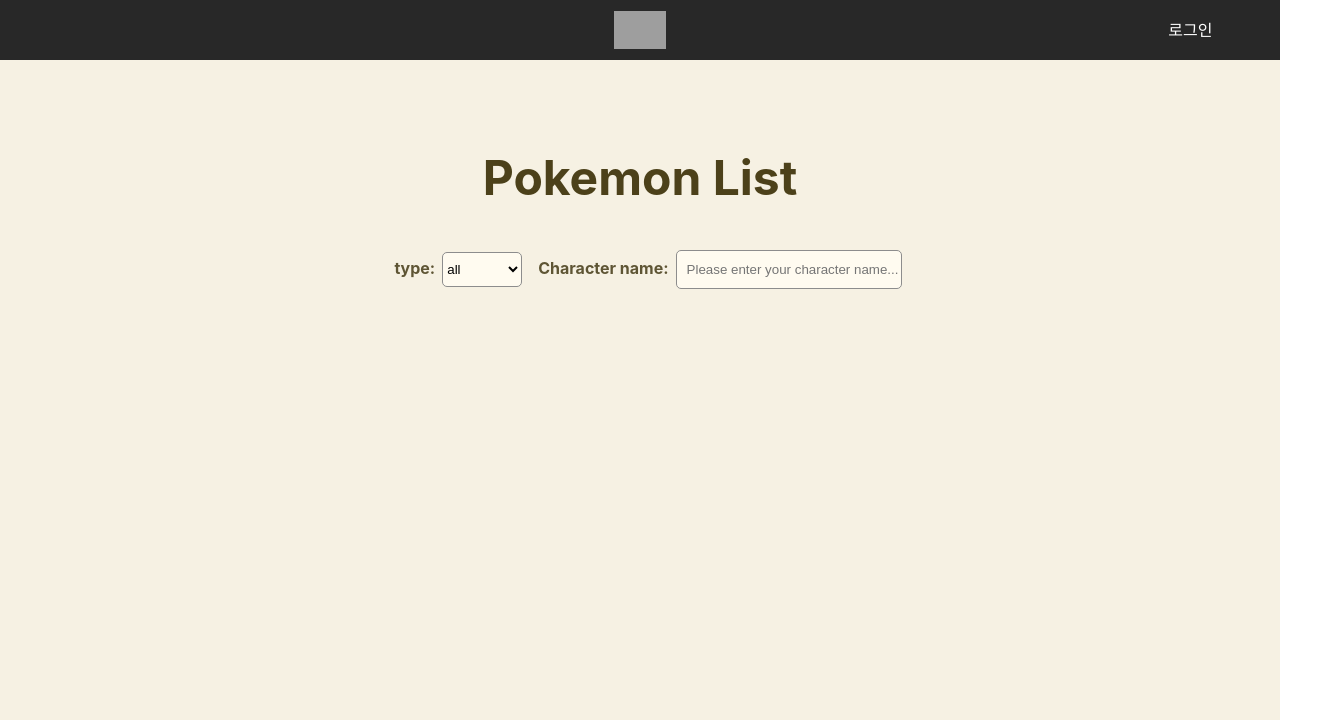
Repository: LeeYuNa0402/pokemon_vite
Page: /
An editor plug-in stored every save of this project. The page is shown before and after the next save, followed by the edit.
The browser window is 1280 px wide. The page is 1340 px wide, then 1280 px, then 1340 px, so the pictures cover 1340 px, including what lies to the right of the window. The pictures show the whole page.
Pictures or frames that could not be fetched are drawn as grey boxes. The page's requests for data from a server got no answer. The project was rebuilt for these pictures with package versions that can differ from the ones it lists, and the page was loaded fresh each time. No one was signed in, and anything a server would have sent is missing. Also part of the build but not shown: vite.config.ts, src/css/pokemon_type.css, src/PokemonDetail.tsx, src/Login.tsx, src/LoginInfo.tsx.

Above is the page before, as saved 2023-10-16 15:50:53.

After the next save:
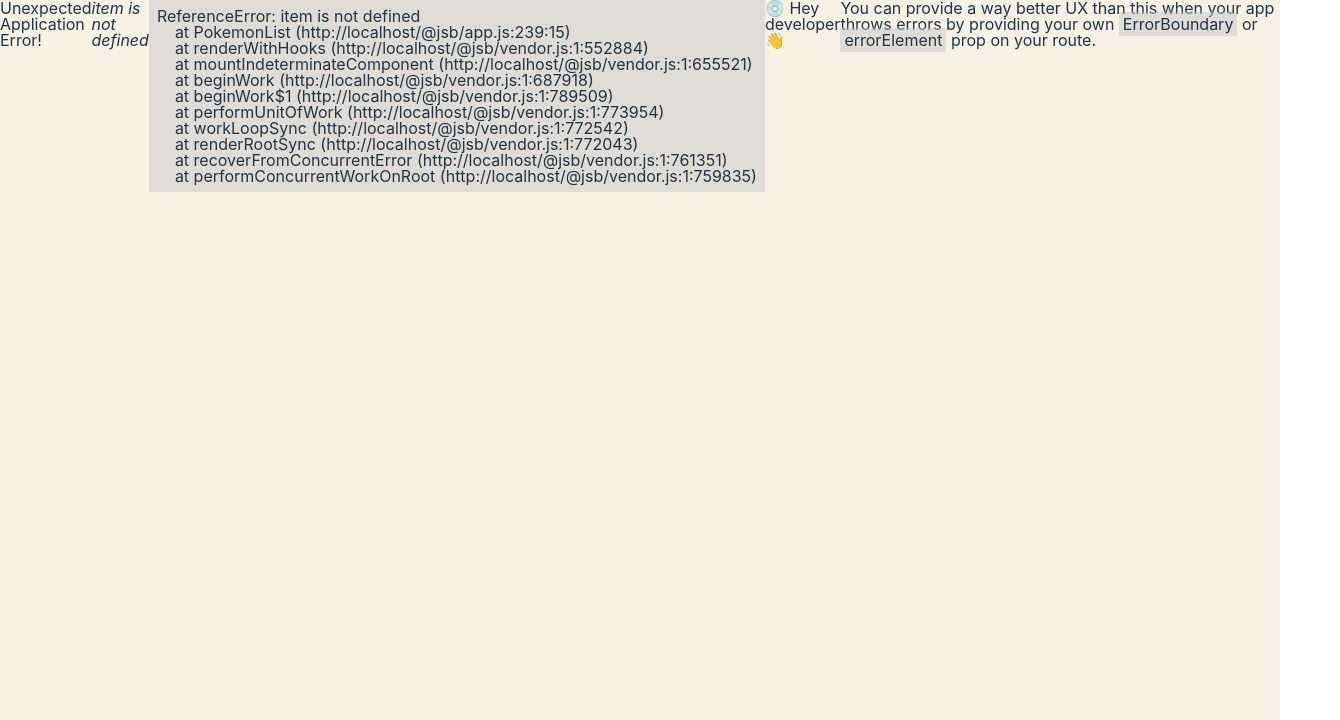
Console error: ReferenceError: item is not defined
Saved 106 s later.
--- a/src/PokemonList.tsx
+++ b/src/PokemonList.tsx
@@ -62,6 +62,8 @@
       }
     }
   });
+
+  console.log(item.ability);
 
   return (
     <div className="pokemon-list">

After the save that followed:
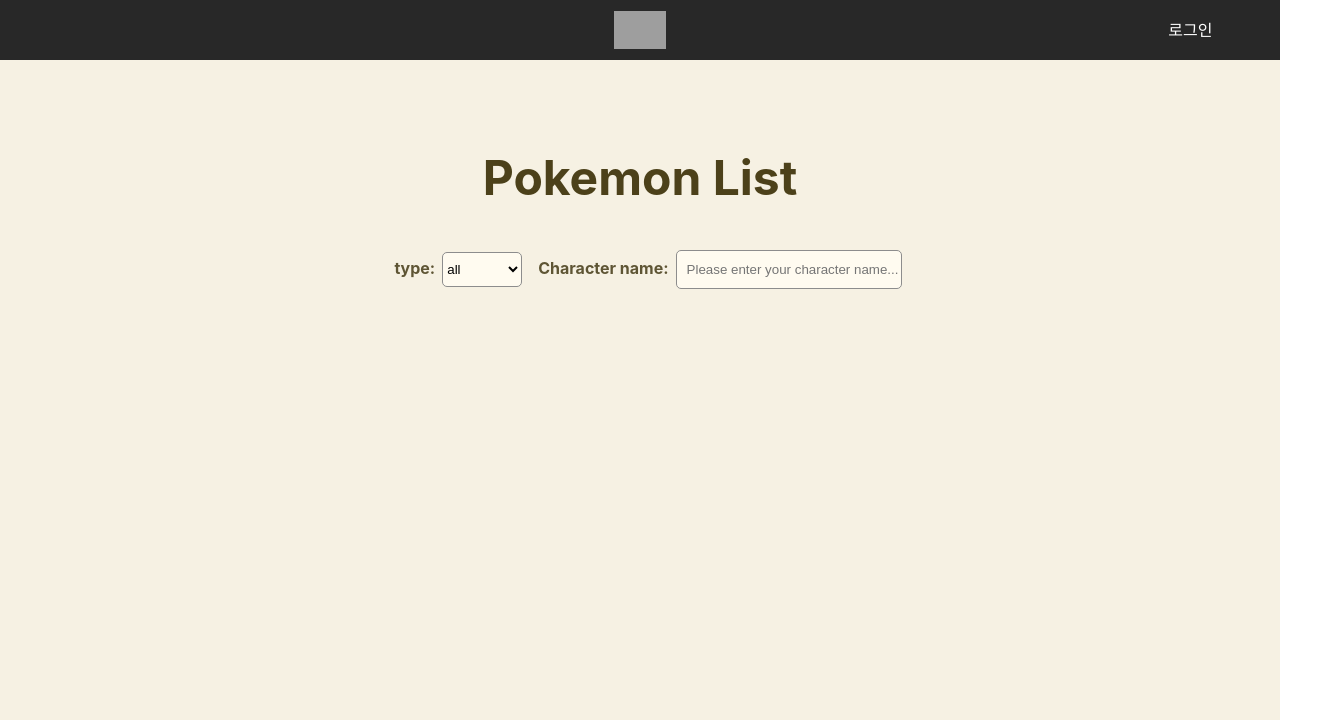
The error is gone.
Saved 16 s later.
--- a/src/PokemonList.tsx
+++ b/src/PokemonList.tsx
@@ -63,7 +63,9 @@
     }
   });
 
-  console.log(item.ability);
+  // data?.map((item: any, index: number) => console.log(item, "<== sprities"));
+
+  console.log(data);
 
   return (
     <div className="pokemon-list">
